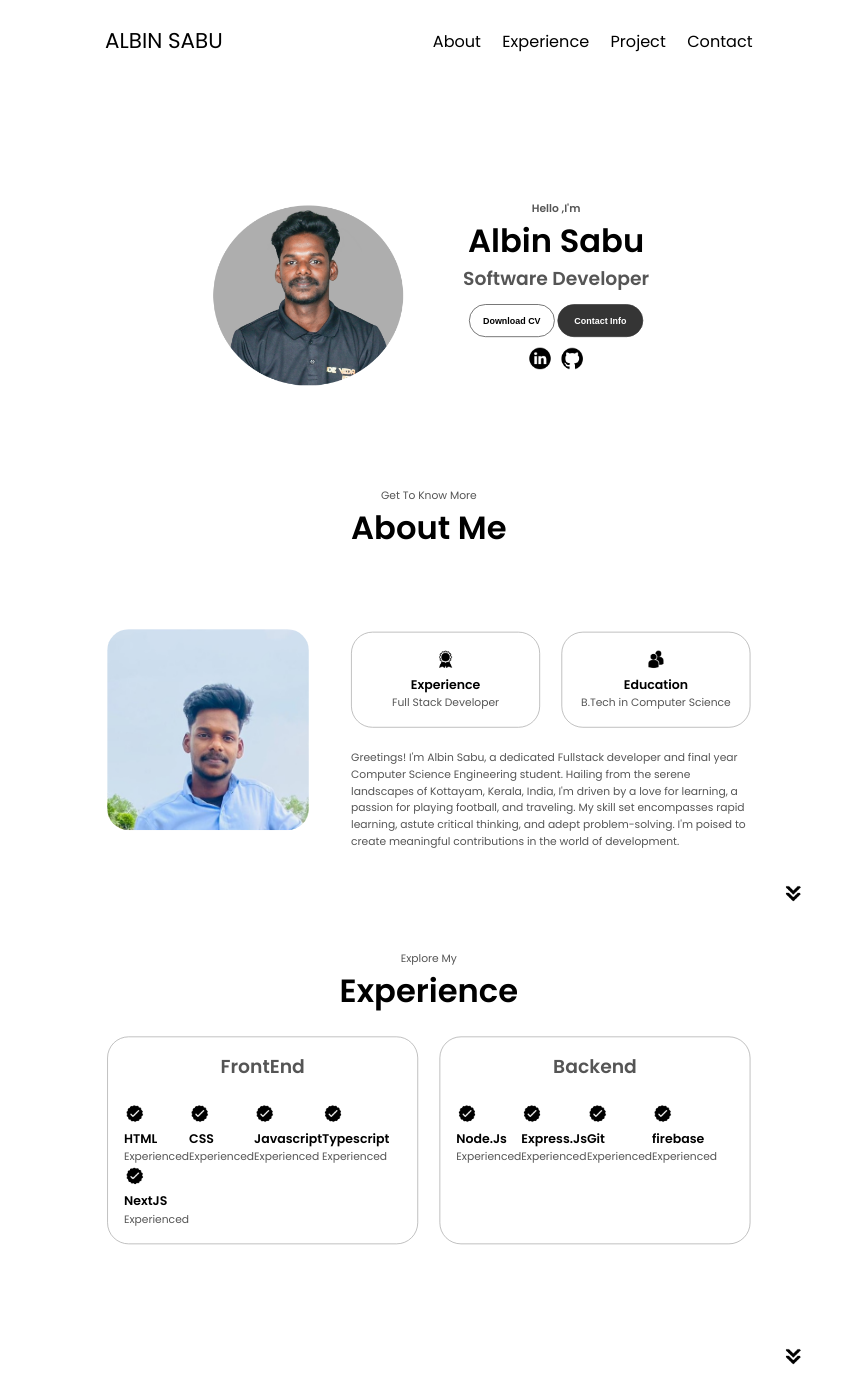
Repository: albinsabu2023/albinsabu
Page: index.html
An editor plug-in stored every save of this project. The page is shown before and after the next save, followed by the edit.
The browser window is 1280 px wide. The pictures show the whole page, at 67% of full size.

Above is the page before, as saved 2023-08-30 13:03:58.

After the next save:
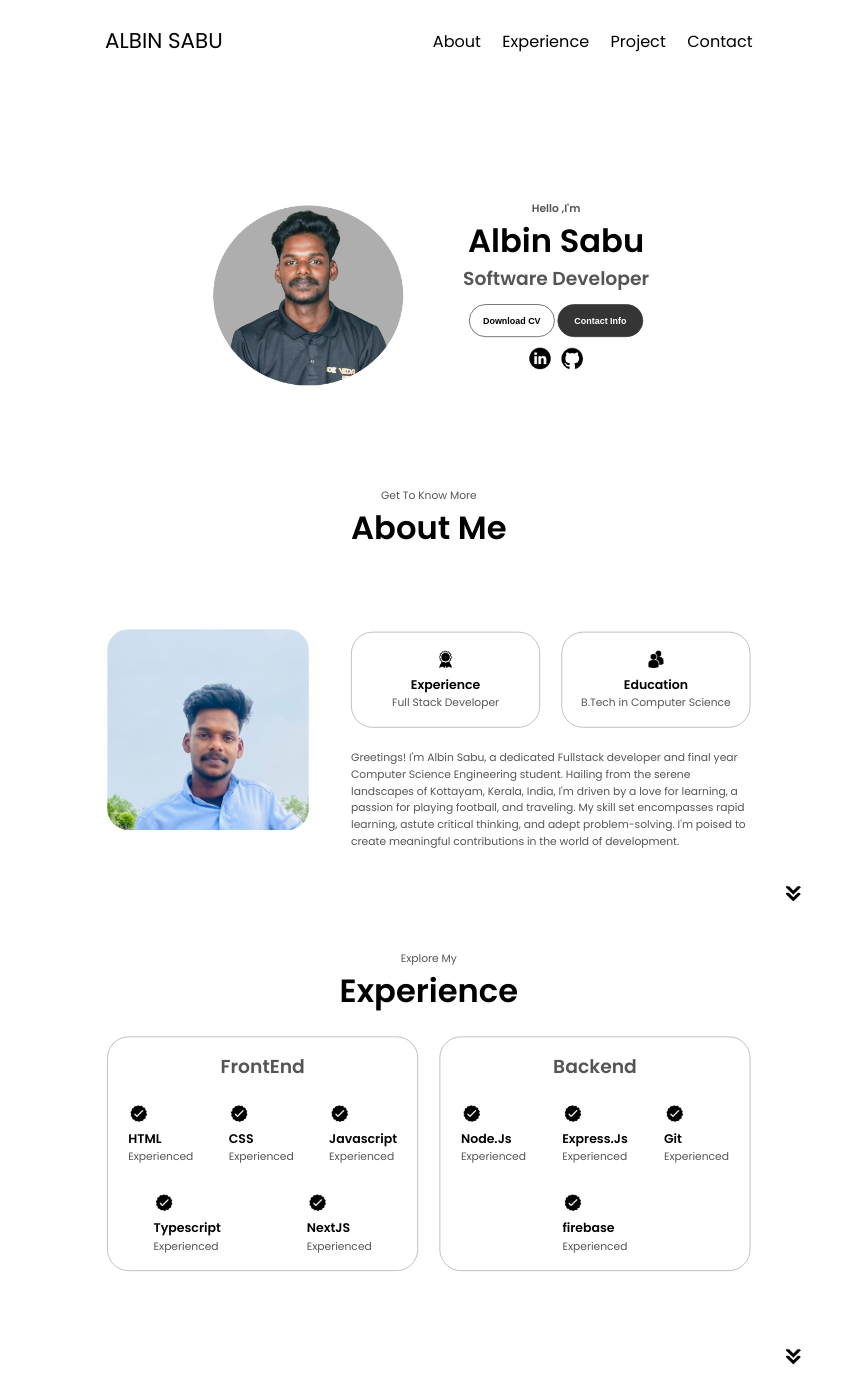
Saved 77 s later.
--- a/style.css
+++ b/style.css
@@ -305,4 +305,7 @@ section{
     display: flex;
     text-align: initial;
     flex-wrap: wrap;
-}
+    flex-direction: row;
+    gap: 2.5rem;
+    justify-content: space-around;
+}
